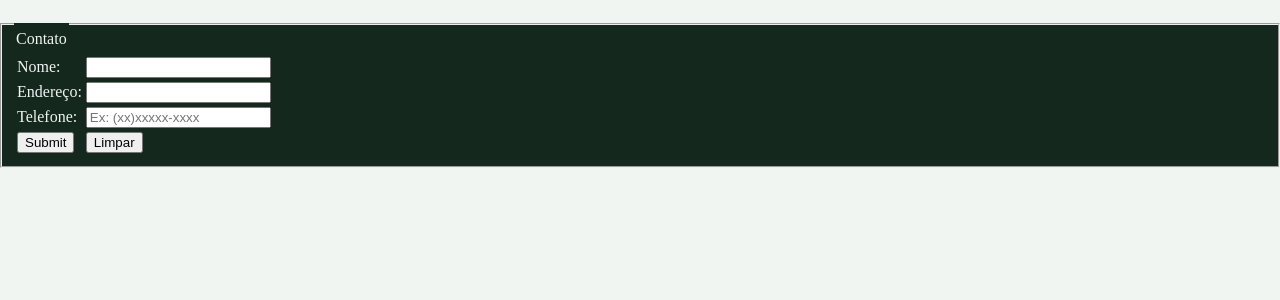
Repository: otavio-vicente/BackEnd-UniSenai
Page: WorkspaceTrilhaWeb/exemploServlet/src/main/webapp/contato.html
These files come from the project's save history. The page is drawn as it stood at one moment and after the next save; the edit follows.
The browser window is 1280 px wide. The pictures show the whole page.

Above is the page before, as saved 2024-06-13 22:57:41.

### WorkspaceTrilhaWeb/exemploServlet/src/main/webapp/contato.html
<!DOCTYPE html>
<html>
<head>
<meta charset="UTF-8">
<title>Insert title here</title>
<link href="./style.css" rel="stylesheet" type="text/css">
</head>
<body>
	<form>
		<fieldset>
			<legend>Contato</legend>
			<table>
				<tr>
					<td>Nome:</td>
					<td><input type="text"></input></td>
				</tr>
				<tr>
					<td>Endereço:</td>
					<td><input type="text"></input></td>
				</tr>
				<tr>
					<td>Telefone:</td>
					<td><input type="fone" placeholder="Ex: (xx)xxxxx-xxxx"></input></td>
				</tr>
				<tr>
					<td><input type="submit"></input></td>
					<td><input type="reset" value="Limpar"></input></td>
				</tr>
			</table>
		</fieldset>
	</form>
</body>
</html>

### WorkspaceTrilhaWeb/exemploServlet/src/main/webapp/style.css
@charset "UTF-8";

body {
	background-color: #F1F5F2;
	margin: 0;
}

fieldset {
	background-color: #14281D;
	color: #F1F5F2;
	margin: auto;
}
legend{
	padding-top: 30px;
}

After the next save:
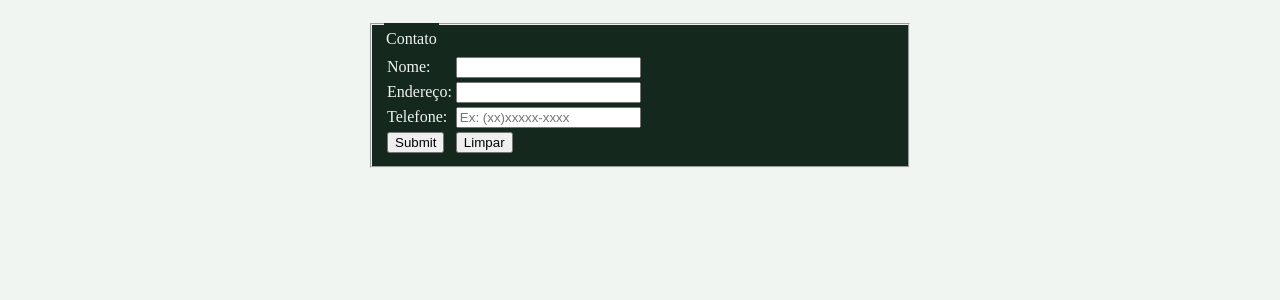
Saved 16 s later.
--- a/WorkspaceTrilhaWeb/exemploServlet/src/main/webapp/style.css
+++ b/WorkspaceTrilhaWeb/exemploServlet/src/main/webapp/style.css
@@ -9,6 +9,7 @@
 	background-color: #14281D;
 	color: #F1F5F2;
 	margin: auto;
+	width: 40%;
 }
 legend{
 	padding-top: 30px;

After the save that followed:
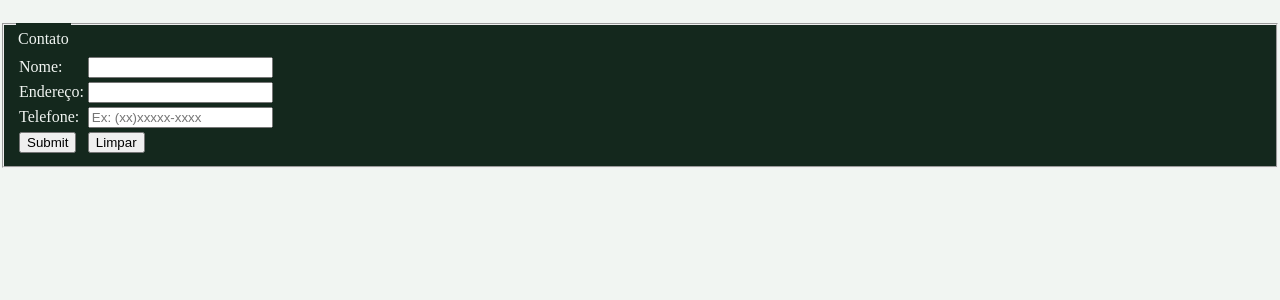
Saved 40 s later.
--- a/WorkspaceTrilhaWeb/exemploServlet/src/main/webapp/style.css
+++ b/WorkspaceTrilhaWeb/exemploServlet/src/main/webapp/style.css
@@ -8,8 +8,6 @@
 fieldset {
 	background-color: #14281D;
 	color: #F1F5F2;
-	margin: auto;
-	width: 40%;
 }
 legend{
 	padding-top: 30px;
